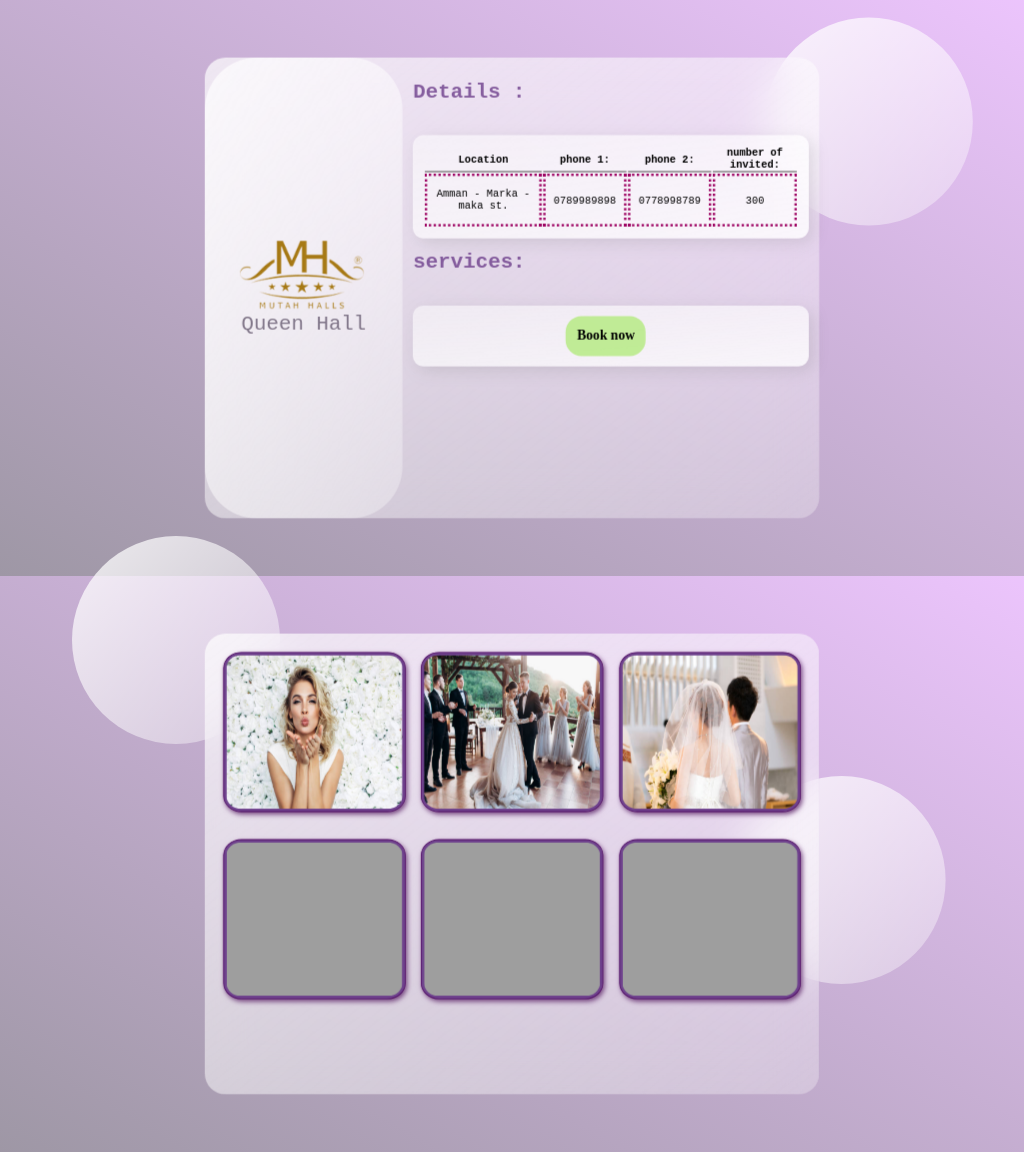
Repository: special4Party/Graduation-project-wedding-hall
Page: include/temp/hall_profile.html
The author's editor kept a copy of each file at every save. The page is drawn from the files as they stood at one save, then again after the next save.
The browser window is 1280 px wide. The pictures show the whole page, at 80% of full size.
Pictures or frames that could not be fetched are drawn as grey boxes.

Above is the page before, as saved 2022-04-30 00:36:08.

### include/temp/hall_profile.html
<!DOCTYPE html>
<html lang="en">
<head>
    <meta charset="UTF-8">
    <link rel="stylesheet" href="/layout/css/hall_profile.css">
    <title>Halls Profile Page</title>
</head>
<body>
    <main>
        <section class="glass">
          <div class="dashboard">
            <div class="user">
              <img src="/images/halls/1.png" alt="" />
              <h2>Queen Hall</h2>
            </div>
          </div>
          <div class="games">
            <div class="status">
              <h1>Details :</h1>
            </div>
            <div class="cards">
              <div class="card">
                <div class="card-info">
                  <!-- <h2>Assassins Creed Valhalla</h2>
                  <p>PS5 Version Lorem, ipsum dolor sit amet consectetur adipisicing elit. Nam dolores iusto laboriosam non suscipit itaque, commodi quod fuga consectetur eum adipisci quaerat neque ea. Culpa veniam reprehenderit quia accusamus molestias.</p> -->
                  <table class="table">
                    <thead>
                        <tr>
                            <th>Location</th>
                            <th>phone 1: </th>
                            <th>phone 2: </th>
                            <th>number of invited: </th>
                        </tr>
                    </thead>
                    <tbody>
                        <tr>
                            <td>Amman - Marka - maka st.</td>
                            <td>0789989898</td>
                            <td>0778998789</td>
                            <td>300</td>
                        </tr>

                    </tbody>
                </table>
            </div>
          </div>
          <!-- -------Details------- -->
          <div class="status">
            <h1>services: </h1>
          </div>
          <div class="card">
            <div class="card-info">
                <button class="btn">Book now</button>
            </div>
          </div>
        </div>
    </div>
        </section>

      </main>
      <main>
        <section class="glass">
            <div class="games">
                <div class="our-work">
                    <div><img src="/images/img/14.jpg" alt="test" width="200" height="200"></div>
                    <div><img src="/images/img/12.jpg" alt="test" width="200" height="200"></div>
                    <div><img src="/images/img/6.jpg" alt="test" width="200" height="200"></div>
                    <div><img src="/images/img/17.jpg" alt="test" width="200" height="200"></div>
                    <div><img src="/images/img/28.jpg" alt="test" width="200" height="200"></div>
                    <div><img src="/images/img/38.jpg" alt="test" width="200" height="200"></div>
                </div>
            </div>
        </section>
      </main>
      <div class="circle1"></div>
      <div class="circle2"></div>
      <div class="circle3"></div>
</body>
</html>

### layout/css/hall_profile.css
* {
    margin: 0;
    padding: 0;
    font-family: monospace;
    box-sizing: border-box;
}

h1 {
    color: #6b3c89;
    font-weight:bold;
    font-size: 2rem;
    opacity: 0.8;
    padding-top: 15px;
}
h2,
p {
    color: #64586e;
    font-weight: 500;
    opacity: 0.8;
}
h2{
    font-size: 2rem ;
}
h3 {
    color: #6b3c89;
    font-weight: 600;
    opacity: 0.8;
}

main {
    min-height: 100vh;
    background: linear-gradient(to right top, #9e97a5, #b826f545);
    display: flex;
    align-items: center;
    justify-content: center;
}

.glass {
    background: white;
    min-height: 80vh;
    width: 60%;
    background: linear-gradient(
        to right bottom,
        rgba(255, 255, 255, 0.7),
        rgba(255, 255, 255, 0.3)
    );
    border-radius: 2rem;
    z-index: 2;
    backdrop-filter: blur(2rem);
    display: flex;
}
.circle1,
.circle2,
.circle3 {
    background: white;
    background: linear-gradient(
        to right bottom,
        rgba(255, 255, 255, 0.8),
        rgba(255, 255, 255, 0.3)
    );
    height: 20rem;
    width: 20rem;
    position: absolute;
    border-radius: 50%;
}

.circle1 {
    top: 3%;
    right: 5%;
}
.circle2 {
    bottom: -210px;
    left: 7%;
}
.circle3 {
    left: 72%;
    top: 970px;
}
.dashboard {
    flex: 1;
    display: flex;
    flex-direction: column;
    align-items: center;
    justify-content: space-evenly;
    text-align: center;
    background: linear-gradient(
        to right bottom,
        rgba(255, 255, 255, 0.7),
        rgba(255, 255, 255, 0.3)
    );
    border-radius: 5rem;
}
/* GAMES */
.status {
    margin-bottom: 3rem;
}

.status input {
    background: linear-gradient(
        to right bottom,
        rgba(255, 255, 255, 0.7),
        rgba(255, 255, 255, 0.3)
    );
    border: none;
    width: 50%;
    padding: 0.5rem;
    border-radius: 2rem;
}

.games {
    margin: 1rem;
    display: flex;
    flex: 2;
    flex-direction: column;
    justify-content: flex-start;
}

.card {
    /* display: flex; */
    background: linear-gradient( to left top, rgba(255, 255, 255, 0.8), rgba(255, 255, 255, 0.5) );
    border-radius: 1rem;
    margin: 0rem 0rem;
    padding: 1rem;
    box-shadow: 6px 6px 20px rgb(122 122 122 / 21%);
    justify-content: space-between;
}

.card-info {
    display: flex;
    flex-direction: column;
    justify-content: space-between;
    text-align: center;

}
table th{
    border-bottom: 1px solid rgb(39, 36, 36);
}
table td{
    border: 3px dotted rgb(158, 7, 100);
    padding: 15px 10px;
}
.btn{
    position: relative;
    left: 38%;
    width: 100px;
    height: 50px;
    border-radius: 20px;
    outline: none;
    border: none;
    font-size: 17px;
    font-weight: bold;
    font-family: cursive;
    background-color: rgba(181, 235, 128, 0.815);
    cursor: pointer;
}
button.btn:hover{
    background-color: rgba(126, 252, 0, 0.705);
    color: rgba(30, 31, 29, 0.966);
    transition: 0.4s;
}
.our-work{
    overflow: hidden;
}
.our-work > div{  /* اشارة الاكبر معناها الديف اللي جواه فورا اول ابن له يعني */
    float: left;
    width: 33.3333%;
    margin-bottom: 10px;
}
.our-work > div img{
    width: 92%;
    margin: 10px;
    padding:3px ;
    border-radius: 10%;
    background-color: rgb(111, 66, 141);
    border: 1px solid rgb(80, 12, 100);
    box-shadow: 2px 3px 7px rgb(116, 68, 126);
}

After the next save:
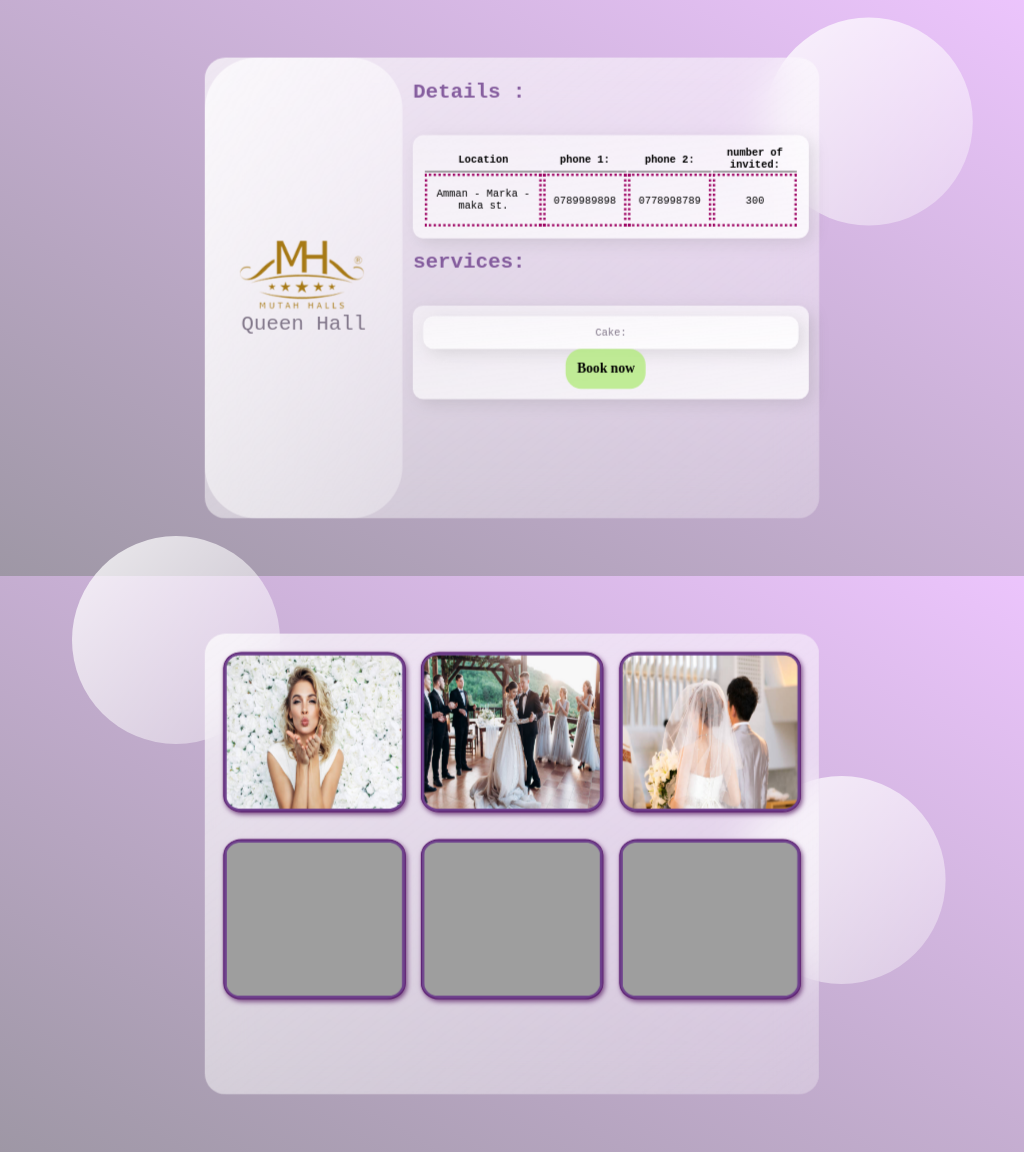
Saved 2 min 39 s later.
--- a/include/temp/hall_profile.html
+++ b/include/temp/hall_profile.html
@@ -50,6 +50,11 @@
           </div>
           <div class="card">
             <div class="card-info">
+                <div class="card">
+                    <div class="card-info">
+                        <p>Cake:</p>
+                    </div>
+                </div>
                 <button class="btn">Book now</button>
             </div>
           </div>
